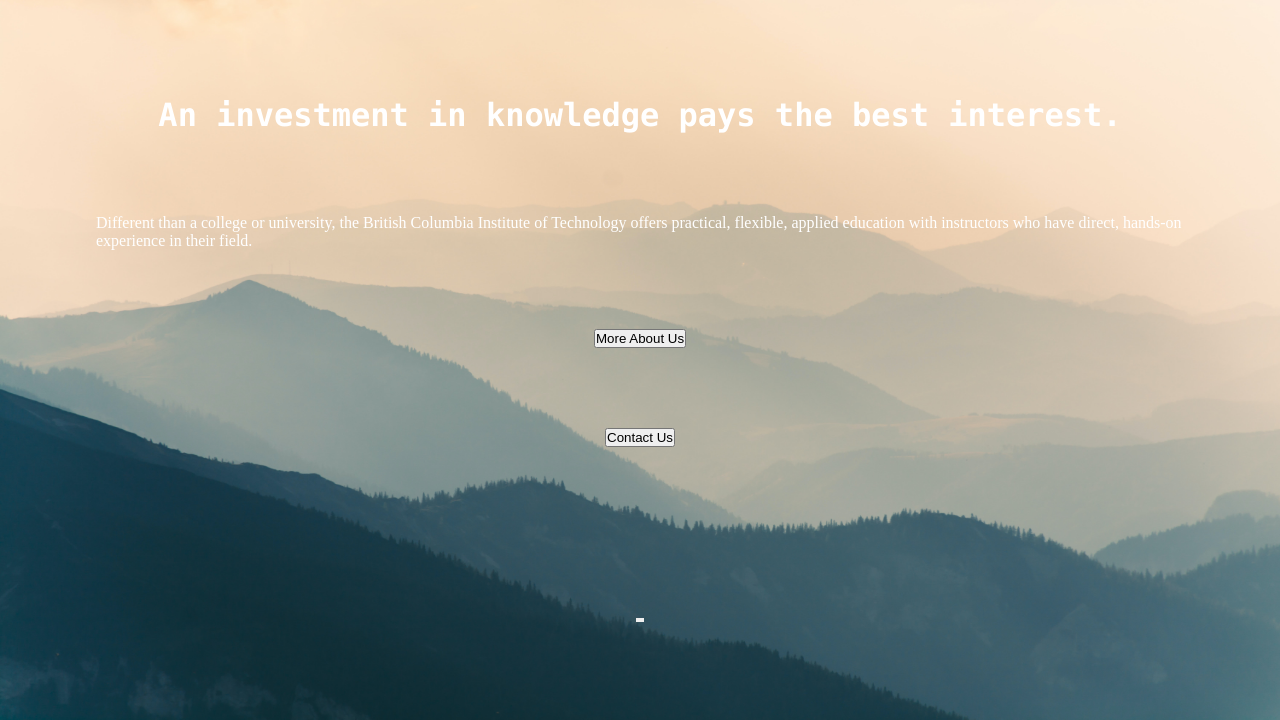
Repository: jennydmcm/assignment-1-playwright-site-A01338943
Page: /
These files come from the project's save history. The page is drawn as it stood at one moment and after the next save; the edit follows.
The browser window is 1280 px wide. The pictures show the whole page.
The project was rebuilt for these pictures with package versions that can differ from the ones it lists, and the page was loaded fresh each time. The framework's server and built-in components were replaced by stand-ins that run in the browser. Also part of the build but not shown: next.config.js.

Above is the page before, as saved 2023-02-08 09:04:55.

After the next save:
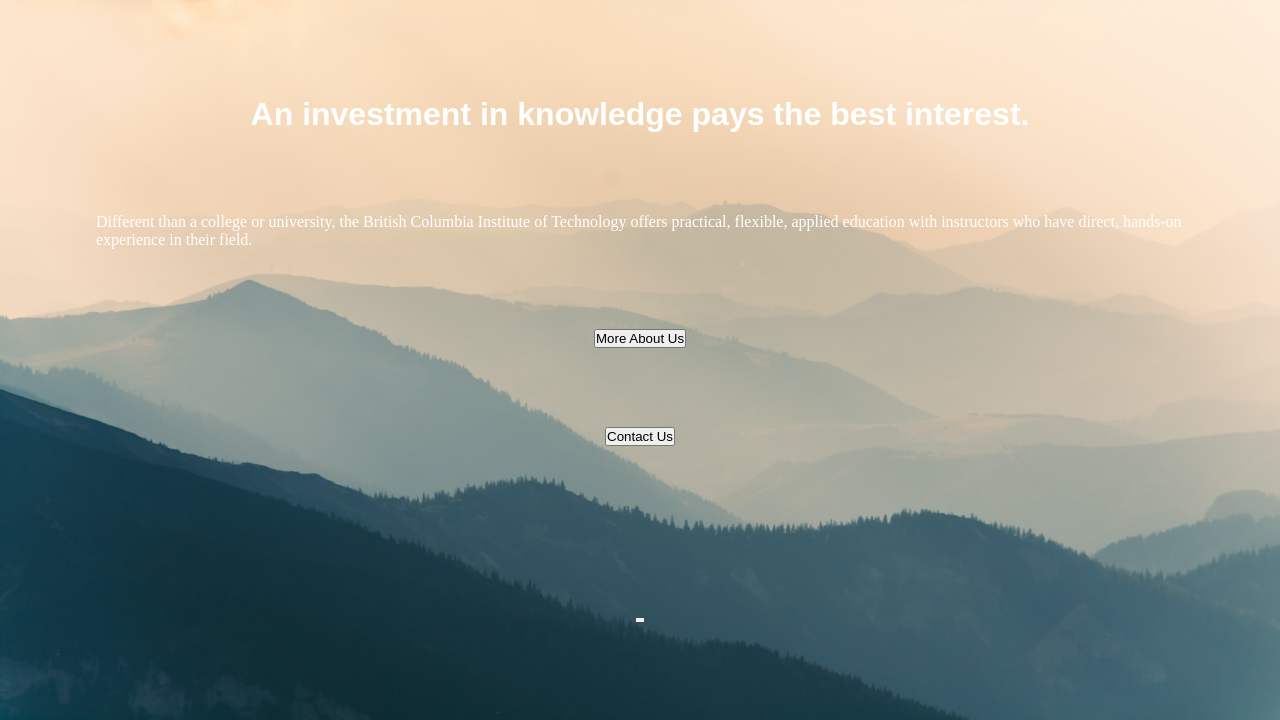
Saved 38 s later.
--- a/styles/Home.module.css
+++ b/styles/Home.module.css
@@ -8,7 +8,7 @@
 }
 .header{
   color: var(--primary-color);
-  font-family: var(--font-mono);
+  font-family: arial;
 
 }
 .subhead{
